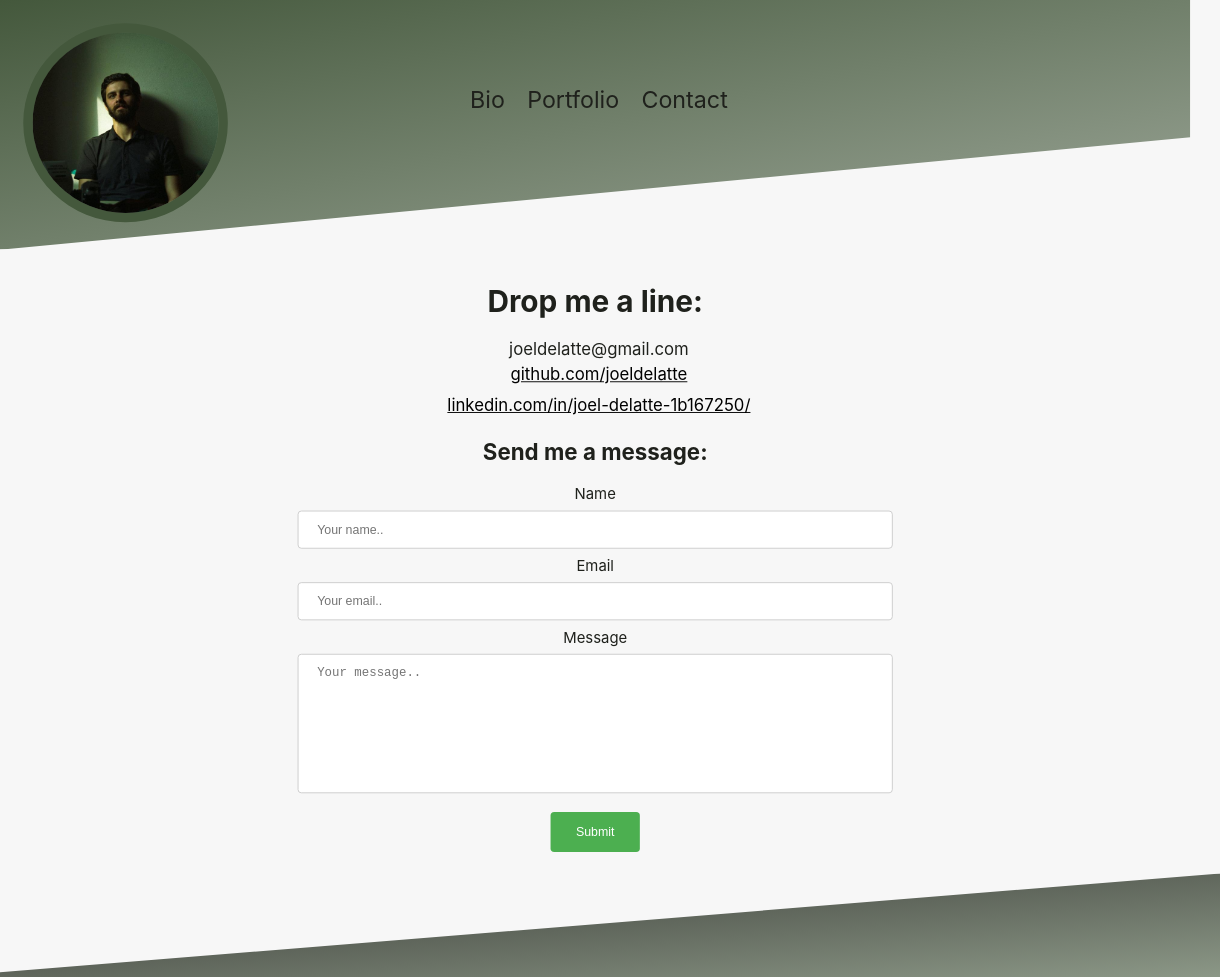
Repository: joeldelatte/react-portfolio
Page: /contact (app in client/)
The author's editor kept a copy of each file at every save. The page is drawn from the files as they stood at one save, then again after the next save.
The browser window is 1280 px wide. The page is 1312 px wide, so the pictures cover 1312 px, including what lies to the right of the window. The pictures show the whole page, at 93% of full size.
The project was rebuilt for these pictures with package versions that can differ from the ones it lists, and the page was loaded fresh each time. Also part of the build but not shown: client/src/App.css, client/src/Components/Bio/bio.css, client/src/Components/Bio/Bio.js, client/src/Components/Portfolio/portfolio.css, client/src/Components/Portfolio/Portfolio.js.

Above is the page before, as saved 2020-07-10 21:28:14.

### client/public/index.html
<!doctype html>
<html lang="en">
  <head>
    <meta charset="utf-8">
    <meta name="viewport" content="width=device-width, initial-scale=1, shrink-to-fit=no">
    <meta name="theme-color" content="#000000">
    <!--
      manifest.json provides metadata used when your web app is added to the
      homescreen on Android. See https://developers.google.com/web/fundamentals/engage-and-retain/web-app-manifest/
    -->
    <link rel="manifest" href="%PUBLIC_URL%/manifest.json">
    <link rel="shortcut icon" href="%PUBLIC_URL%/favicon.ico">
    <!--
      Notice the use of %PUBLIC_URL% in the tags above.
      It will be replaced with the URL of the `public` folder during the build.
      Only files inside the `public` folder can be referenced from the HTML.

      Unlike "/favicon.ico" or "favicon.ico", "%PUBLIC_URL%/favicon.ico" will
      work correctly both with client-side routing and a non-root public URL.
      Learn how to configure a non-root public URL by running `npm run build`.
    -->
    <title>Joel Delatte</title>
  </head>
  <body>
    <noscript>
      You need to enable JavaScript to run this app.
    </noscript>
    <div id="root"></div>
    <!--
      This HTML file is a template.
      If you open it directly in the browser, you will see an empty page.

      You can add webfonts, meta tags, or analytics to this file.
      The build step will place the bundled scripts into the <body> tag.

      To begin the development, run `npm start` or `yarn start`.
      To create a production bundle, use `npm run build` or `yarn build`.
    -->
  </body>
</html>

### client/src/index.css
body {
  height:100%;
  min-height: 100%;
  margin: 0;
  padding: 0;
  border: 0;
  font-family: -apple-system, BlinkMacSystemFont, 'Segoe UI', 'Roboto', 'Oxygen',
    'Ubuntu', 'Cantarell', 'Fira Sans', 'Droid Sans', 'Helvetica Neue',
    sans-serif;
  -webkit-font-smoothing: antialiased;
  -moz-osx-font-smoothing: grayscale;
  background-color: rgb(247, 247, 247);
  color: rgb(31,33,28);
}

code {
  font-family: source-code-pro, Menlo, Monaco, Consolas, 'Courier New',
    monospace;
}

### client/src/App.js
import React from 'react';
import {BrowserRouter as Router, Route, Switch, Link} from "react-router-dom";
import './App.css';
import Bio from "./Components/Bio/Bio";
import Nav from "./Page/Nav";
import Contact from "./Components/Contact/Contact";
import Portfolio from "./Components/Portfolio/Portfolio";

export default function App() {
  return (
    <>
      <Router>
        <Nav />
        <Switch>
          <Route exact path="/">
            <Bio />
          </Route>
          <Route exact path="/contact">
            <Contact />
          </Route>
          <Route exact path="/portfolio">
            <Portfolio />
          </Route>
        </Switch>
      </Router>
    </>
  );
}

### client/src/Page/Nav.js
import React from "react";
import {BrowserRouter as Router, Route, Switch, Link} from "react-router-dom";
import Avatar from "./Avatar";
import "./Page.css";

function Nav () {
    return (
      <div className="header">
        <Avatar />
        <div className="nav">
          <Link to="/">Bio</Link>
          <Link to="/portfolio">Portfolio</Link>
          <Link to="/contact">Contact</Link>
        </div>
      </div>
    );
};

export default Nav;

### client/src/Components/Contact/Contact.js
import React from "react";
import axios from "axios";
import "./contact.css";

export default function Contact() {

    function handleSubmit(event) {
        event.preventDefault();
        const name = document.getElementById('name').value;
        const email = document.getElementById('email').value;
        const message = document.getElementById('message').value;

        axios({
            method: "POST",
            url: "http://localhost:3001/send", //https://joel-delatte-portfolio.herokuapp.com/send
            data: {
                name: name,
                email: email,
                message: message
            }
        }).then((res)=>{
            if(res.data.msg === 'success') {
                alert("Message Sent.");
                resetForm();
            }else if (res.data.msg === 'fail') {
                alert("Message failed to send");
            }
        })
    }

    function resetForm() {
        document.getElementById("contact-form").reset();
    }

    return (
      <div className="conatiner">
        <div className="contact">
          <h1>Drop me a line:</h1>
          <span className="email-address">joeldelatte@gmail.com</span>
          <a href="https://github.com/joeldelatte" target="_blank">
            github.com/joeldelatte
          </a>
          <a
            href="https://www.linkedin.com/in/joel-delatte-1b167250/"
            target="_blank"
          >
            linkedin.com/in/joel-delatte-1b167250/
          </a>
          <h2>Send me a message:</h2>
          <form
            id="contact-form"
            onSubmit={handleSubmit}
            className="form"
            method="POST"
          >
            <label htmlFor="fname">Name</label>
            <input
              type="text"
              id="name"
              name="firstname"
              placeholder="Your name.."
            />
            <label htmlFor="email">Email</label>
            <input
              type="text"
              id="email"
              name="email"
              placeholder="Your email.."
            />
            <label htmlFor="message">Message</label>
            <textarea type="text" id="message" placeholder="Your message.." />
            <input type="submit" value="Submit"></input>
          </form>
        </div>
        <footer>Hello</footer>
      </div>
    );
}

### client/src/Page/Avatar.js
import React from "react";
import Portrait from "./images/joel_d.png"
import "./Page.css";

function Avatar () {

    return (
      <div>
          <img src={Portrait} alt="avatar"  className="avatar" />
      </div>
    );
};

export default Avatar;

### client/src/Page/Page.css
.header {
  height: 38%;
  background-image: linear-gradient(to right bottom, rgba(68,88,60, 1), rgba(68,88,60, 0.501));
  background-size: cover;
  background-position: top;
  position: relative;
  -webkit-clip-path: polygon(0 0, 100% 0, 100% 55%, 0 100%);
  clip-path: polygon(0 0, 100% 0, 100% 55%, 0 100%);
  position: relative;
}

  .avatar {
    border: 10px solid;
    border-color: rgb(68,88,60);
    display: inline;
    max-width: 200px;
    border-radius: 100%;
    margin: 25px;
    }

.nav {
    position: absolute;
    top: 40%;
    left: 50%;
    transform: translate(-50%, -50%);
    text-align: center;
}

.nav a {
    padding: 6px 8px 6px 16px;
    text-decoration: none;
    font-size: 25px;
    color: rgb(31,33,28);
    display: inline;
    text-align: center;
  }

.nav a:hover {
    color: #f1f1f1;
}

### client/src/Components/Contact/contact.css
/* .container {
  position: relative;
} */
.contact {
    min-height: 100%;
    padding: 15px;
    max-width: 50%;
    margin: 0 auto;
    text-align: center;
    padding-bottom: -5rem;
}

.contact a {
  padding: 6px 8px 6px 16px;
  text-decoration: underline;
  font-size: 18px;
  color: black;
  display: block;
}

.contact a:hover {
  color: #818181;
}

.email-address {
  padding: 6px 8px 6px 16px;
  font-size: 18px;
}

input[type=text], select {
    width: 100%;
    padding: 12px 20px;
    margin: 8px 0;
    display: inline-block;
    border: 1px solid #ccc;
    border-radius: 4px;
    box-sizing: border-box;
  }

  input[type=submit] {
    width: 15%;
    background-color: #4CAF50;
    color: white;
    padding: 14px 20px;
    margin: 8px 0;
    border: none;
    border-radius: 4px;
    cursor: pointer;
  }

  input[type=submit]:hover {
    background-color: #45a049;
  }

textarea {
    width: 100%;
    height: 150px;
    margin: 8px 0;
    padding: 12px 20px;
    box-sizing: border-box;
    border: 1px solid #ccc;
    border-radius: 4px;
    resize: none;
  }

  footer {
  height: 5rem;
  width: 100%;
  padding: 1rem;
  /* background-color: rgb(68,88,60); */
  background-image: linear-gradient(to right bottom, rgba(31,33,28, 0.901), rgba(68,88,60, 0.601));
  -webkit-clip-path: polygon(0 85%, 100% 0, 100% 100%, 0 100%);
  clip-path: polygon(0 95%, 100% 0, 100% 100%, 0 100%);
  text-align: center;
  color: ;
}

  @media only screen and (max-width: 768px) {
    .contact {
      margin-left: 110px;
    }
  }

Loaded but not shown: client/src/index.js (common file); client/src/serviceWorker.js (common file)

After the next save:
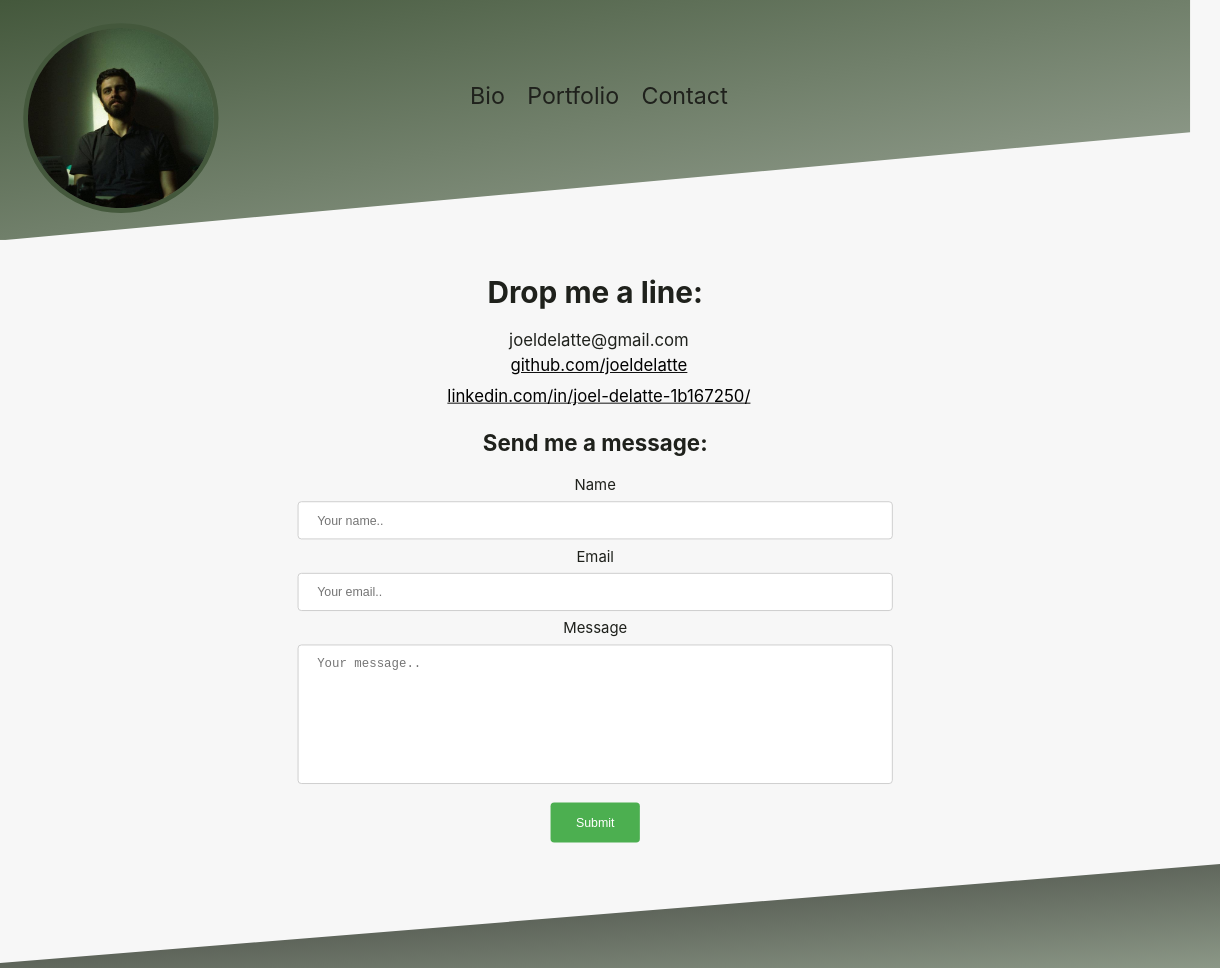
Saved 15 s later.
--- a/client/src/Page/Page.css
+++ b/client/src/Page/Page.css
@@ -10,7 +10,7 @@
 }
 
   .avatar {
-    border: 10px solid;
+    border: 5px solid;
     border-color: rgb(68,88,60);
     display: inline;
     max-width: 200px;
